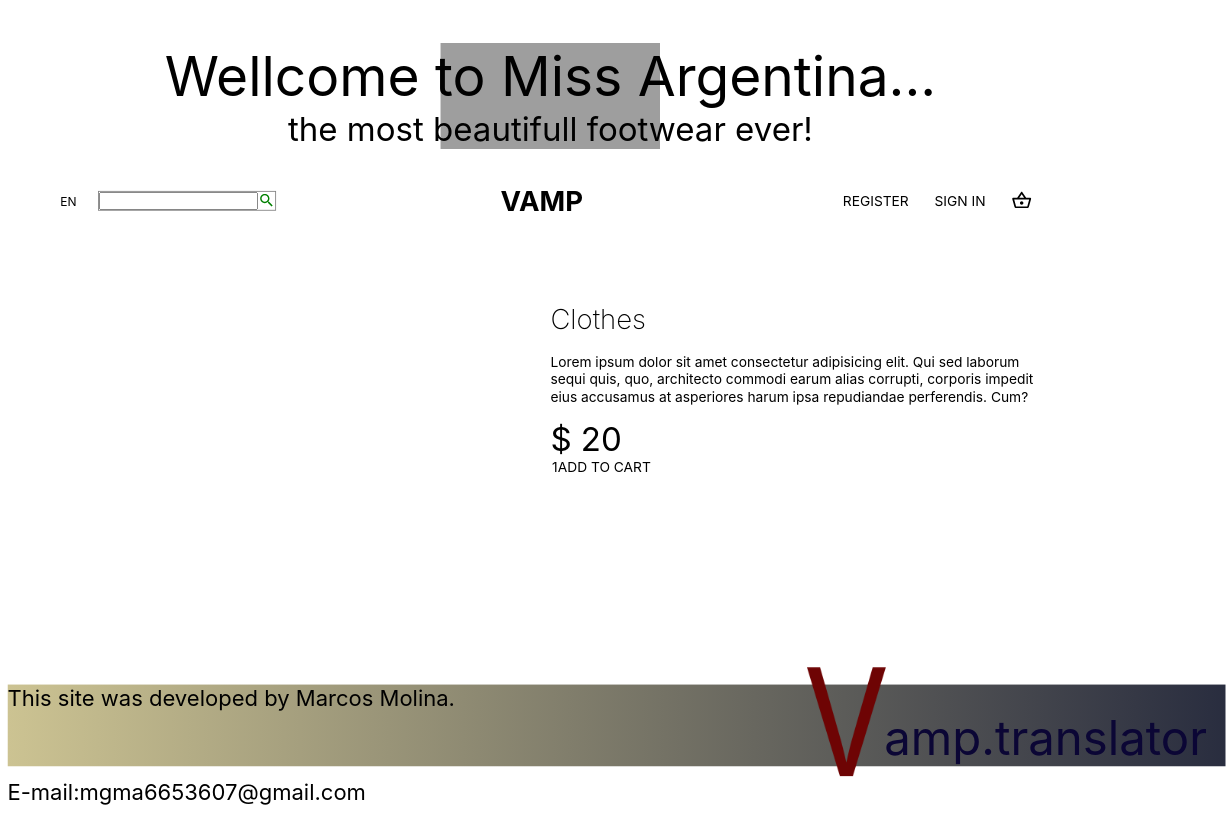
Repository: mgma2005/ecoeli
Page: /
These files come from the project's save history. The page is drawn as it stood at one moment and after the next save; the edit follows.
The browser window is 1280 px wide. The page is 1425 px wide, so the pictures cover 1425 px, including what lies to the right of the window. The pictures show the whole page, at 86% of full size.
Pictures or frames that could not be fetched are drawn as grey boxes. The project was rebuilt for these pictures with package versions that can differ from the ones it lists, and the page was loaded fresh each time. Also part of the build but not shown: src/App.css.

Above is the page before, as saved 2022-05-14 17:43:18.

After the next save:
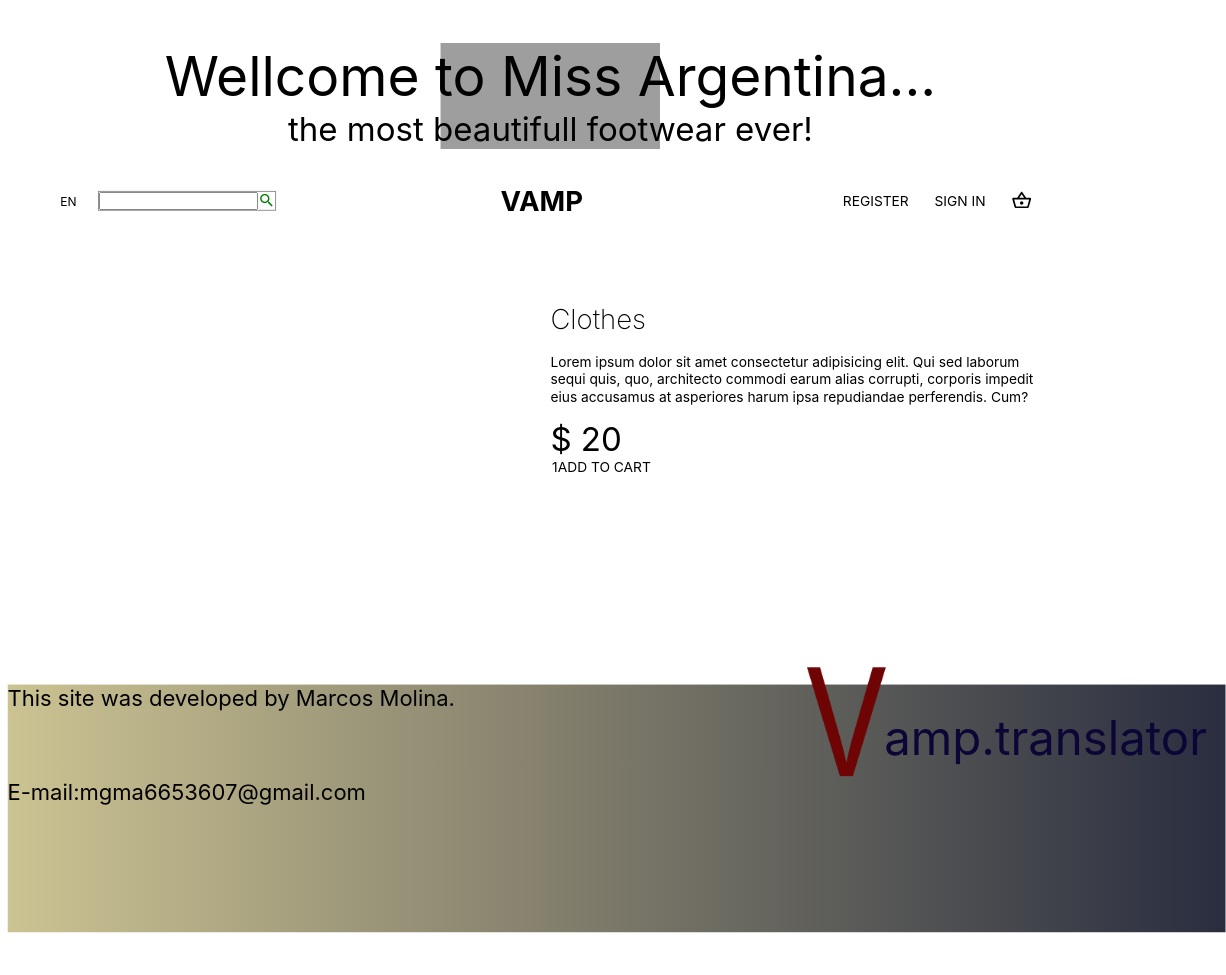
Saved 6 s later.
--- a/src/style.css
+++ b/src/style.css
@@ -1,7 +1,7 @@
 .cont2{
     margin-left: -3.5%;
     width: 120%;
-    height: ;
+    height: 40vh;
     background: linear-gradient(to right, rgb(204, 195, 146),rgb(41, 45, 63));
 
 }
